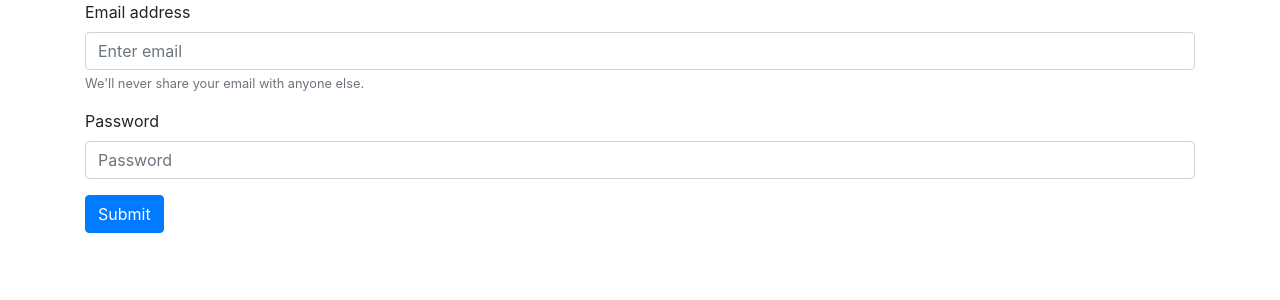
Repository: phamvuhung2710/sound-express
Page: http://localhost/download
An editor plug-in stored every save of this project. The page is shown before and after the next save, followed by the edit.
The browser window is 1280 px wide. The pictures show the whole page.
The page is served by the project's Node server (server.js).

Above is the page before, as saved 2022-08-04 22:08:11.

After the next save:
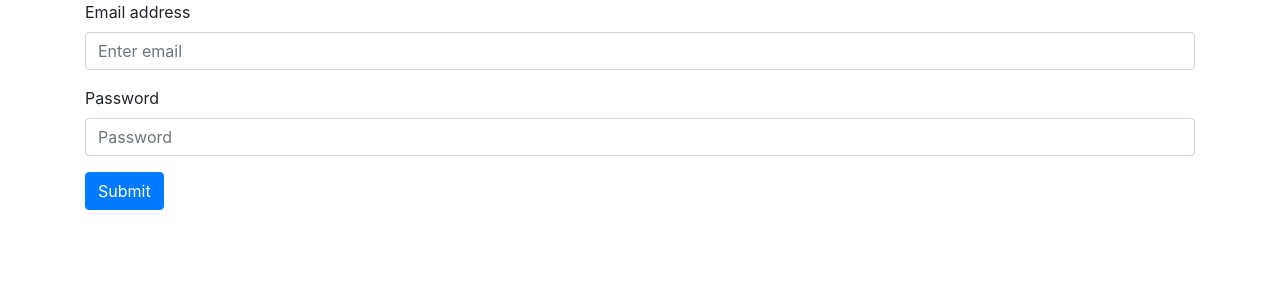
Saved 6 s later.
--- a/views/download.ejs
+++ b/views/download.ejs
@@ -24,9 +24,6 @@
             aria-describedby="emailHelp"
             placeholder="Enter email"
           />
-          <small id="emailHelp" class="form-text text-muted"
-            >We'll never share your email with anyone else.</small
-          >
         </div>
         <div class="form-group">
           <label for="exampleInputPassword1">Password</label>
